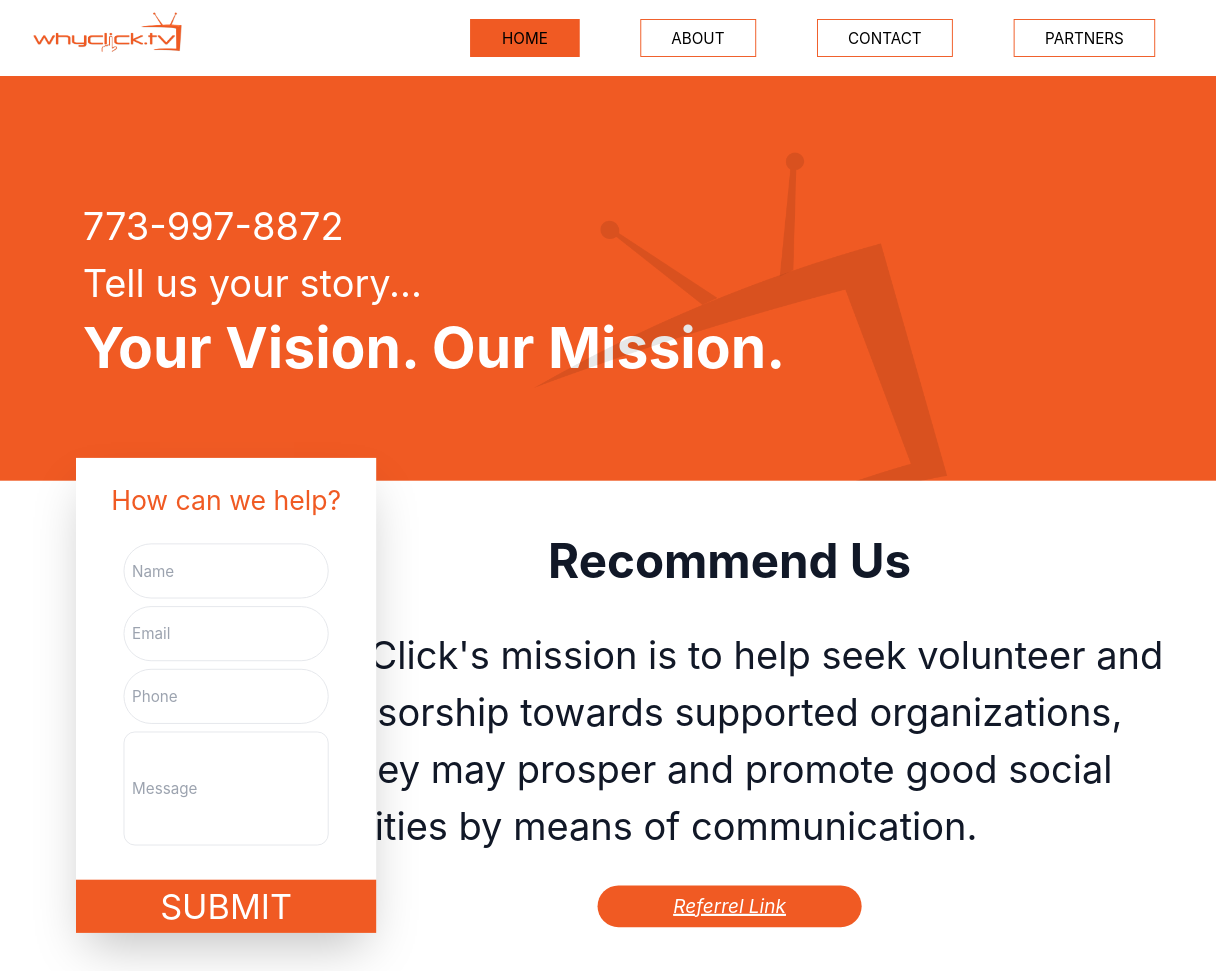
Repository: legenddev1202/whyclicktv
Page: /
The author's editor kept a copy of each file at every save. The page is drawn from the files as they stood at one save, then again after the next save.
The browser window is 1280 px wide. The pictures show the whole page, at 95% of full size.
The project was rebuilt for these pictures with package versions that can differ from the ones it lists, and the page was loaded fresh each time. Also part of the build but not shown: src/App.css, src/pages/about.js, src/pages/contact.js, src/pages/partners.js, src/pages/referral.js.

Above is the page before, as saved 2022-03-31 13:36:35.

After the next save:
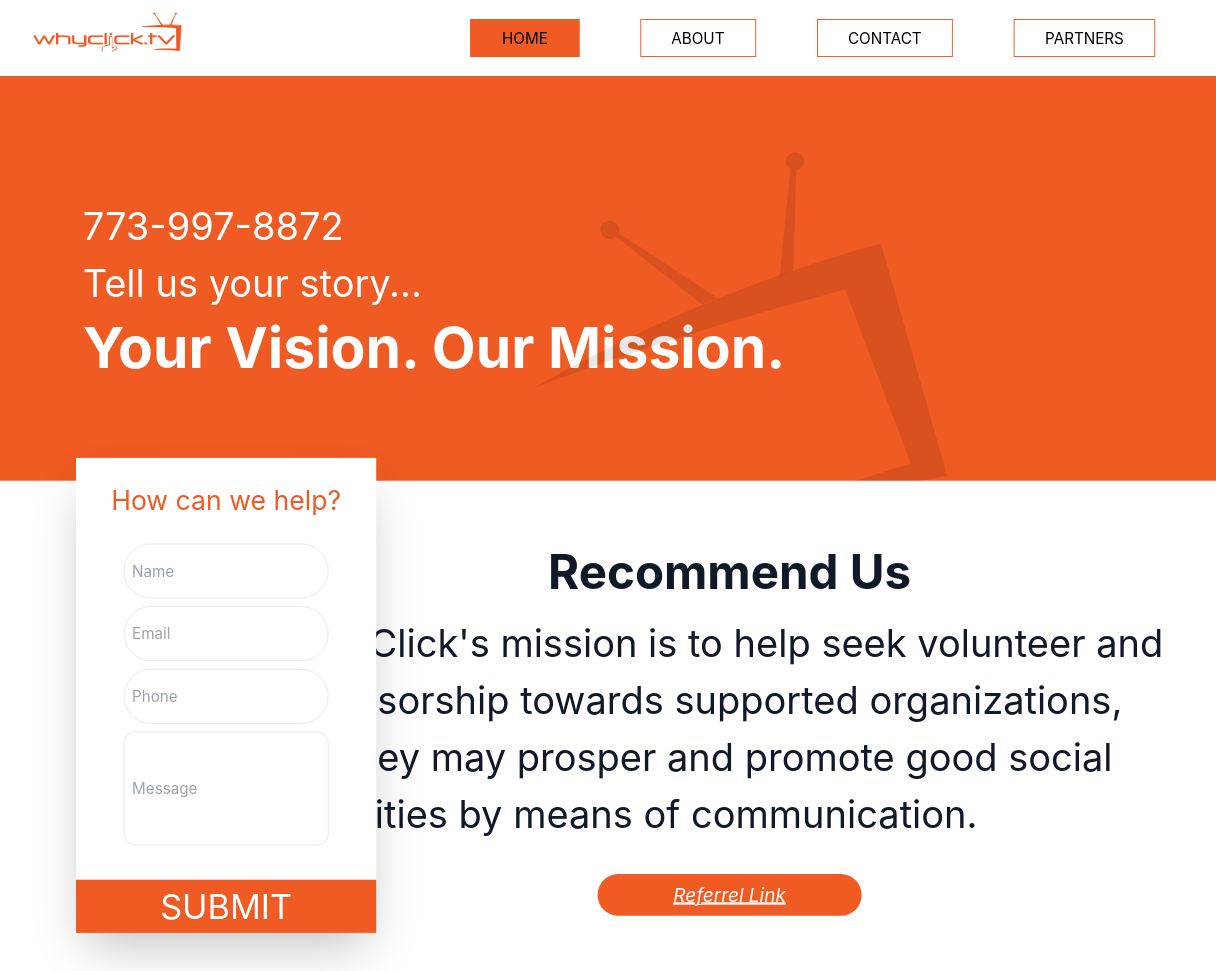
Saved 14 s later.
--- a/src/pages/home.js
+++ b/src/pages/home.js
@@ -74,7 +74,7 @@ function Home() {
           Recommend Us
         </div>
         <div
-          className="text-2xl pt-8  text-gray-900"
+          className="text-2xl pt-2  text-gray-900"
           style={{ maxWidth: 928, fontSize: 40, lineHeight: 1.5 }}
         >
           WhyClick's mission is to help seek volunteer and sponsorship towards
